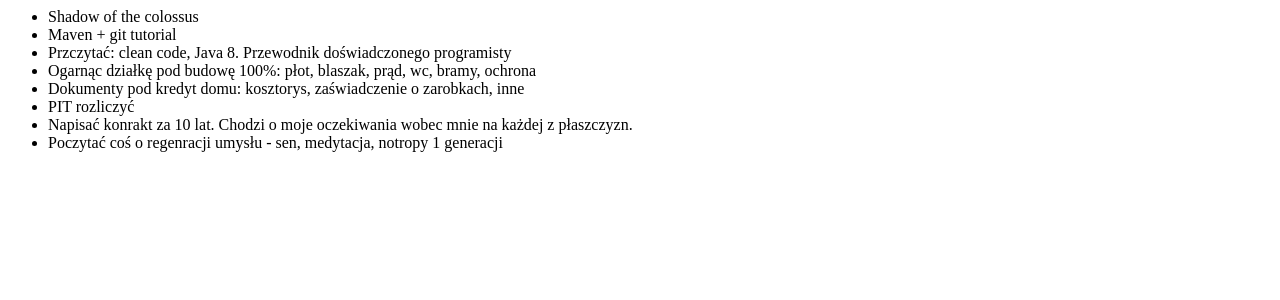
Repository: enril/enril.github.io
Page: index.html
An editor plug-in stored every save of this project. The page is shown before and after the next save, followed by the edit.
The browser window is 1280 px wide. The pictures show the whole page.

Above is the page before, as saved 2019-04-14 23:00:10.

After the next save:
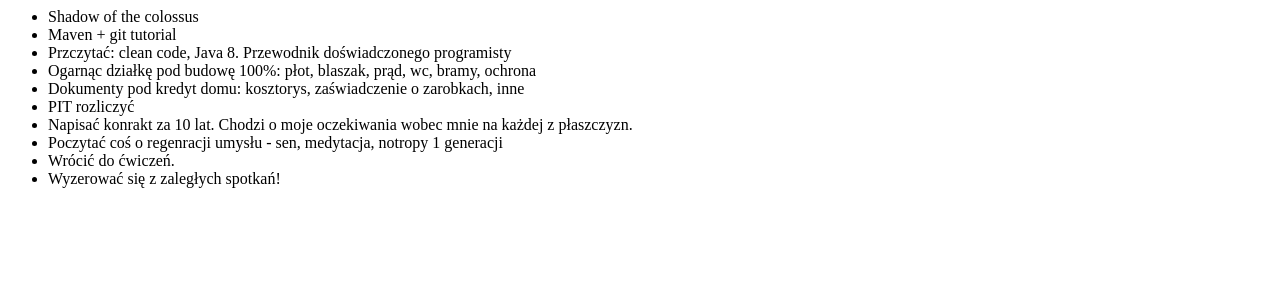
Saved 48 s later.
--- a/index.html
+++ b/index.html
@@ -9,6 +9,8 @@
       <li>PIT rozliczyć</li>
       <li>Napisać konrakt za 10 lat. Chodzi o moje oczekiwania wobec mnie na każdej z płaszczyzn.</li>
       <li>Poczytać coś o regenracji umysłu - sen, medytacja, notropy 1 generacji</li>
+      <li>Wrócić do ćwiczeń.</li>
+      <li>Wyzerować się z zaległych spotkań!</li>
     </ul>
   </body>
 </html>
